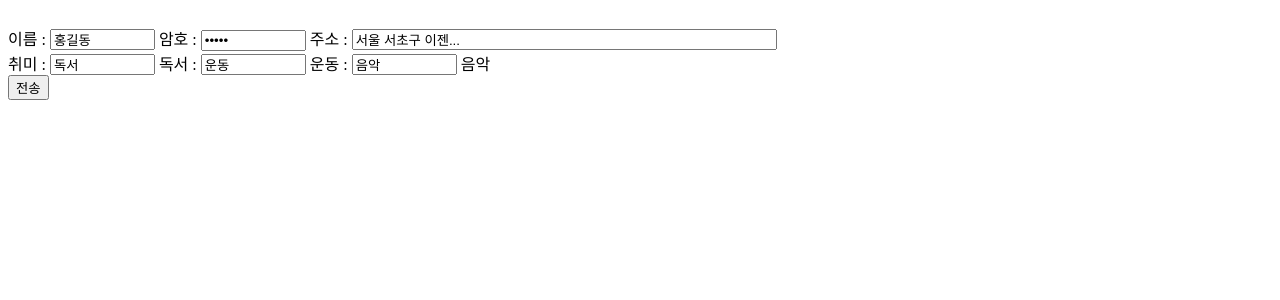
Repository: HongMW/study
Page: http://localhost/jsp01_basic/jsp02_elements/jsp08_parameters.jsp
An editor plug-in stored every save of this project. The page is shown before and after the next save, followed by the edit.
The browser window is 1280 px wide. The pictures show the whole page.
The page is served by Tomcat 9.

Above is the page before, as saved 2022-12-12 02:18:24.

After the next save:
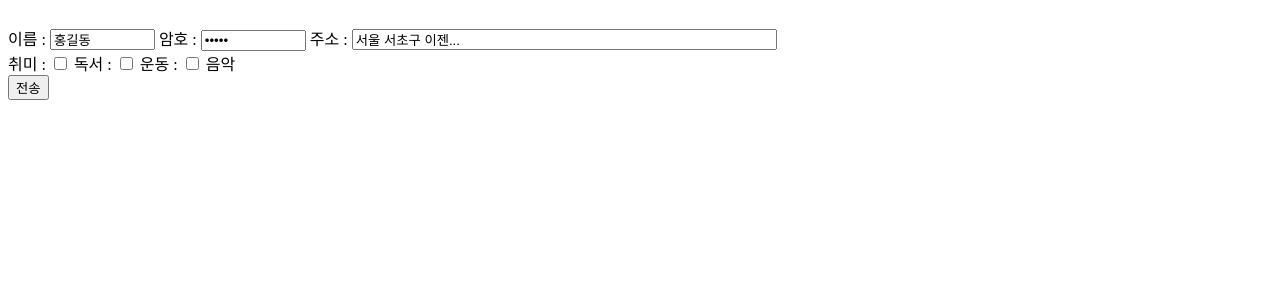
Saved 39 s later.
--- a/04.jsp/jsp01_basic/WebContent/jsp02_elements/jsp08_parameters.jsp
+++ b/04.jsp/jsp01_basic/WebContent/jsp02_elements/jsp08_parameters.jsp
@@ -10,9 +10,9 @@
 		이름 : <input type="text" nema ="name" size="10" value="홍길동">
 		암호 : <input type="password" nema ="pw" size="10" value="12345">
 		주소 : <input type="text" nema ="addr" size="50" value="서울 서초구 이젠..."><br>
-		취미 : <input type="text" nema ="hobby" size="10" value="독서"> 독서
-		 	 : <input type="text" nema ="hobby" size="10" value="운동"> 운동
-			 : <input type="text" nema ="hobby" size="10" value="음악"> 음악<br>
+		취미 : <input type="checkbox" nema ="hobby" size="10" value="독서"> 독서
+		 	 : <input type="checkbox" nema ="hobby" size="10" value="운동"> 운동
+			 : <input type="checkbox" nema ="hobby" size="10" value="음악"> 음악<br>
 		<input type="submit" value="전송">
 	</form>
 </body>
